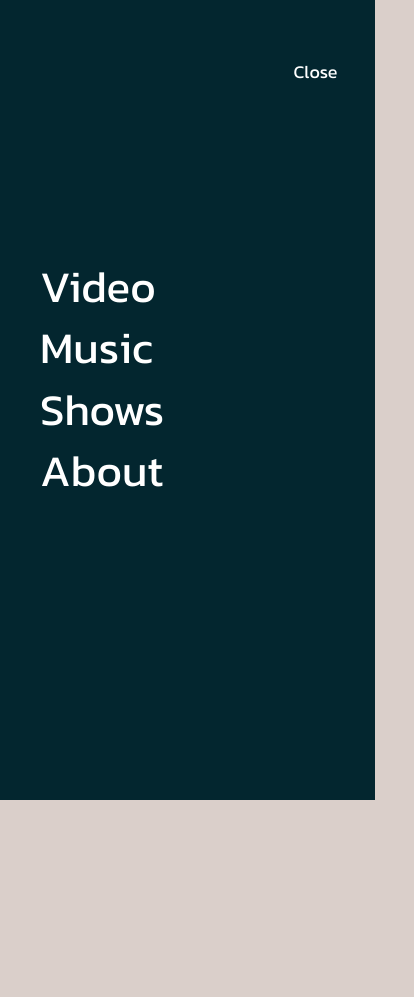
Repository: KrystellBarraza/SipperNYC
Page: home.html
These files come from the project's save history. The page is drawn as it stood at one moment and after the next save; the edit follows.
The browser window is 375 px wide. The page is 414 px wide, then 375 px, so the pictures cover 414 px, including what lies to the right of the window. The pictures show the whole page.
Some web libraries are served in a nearby version.

Above is the page before, as saved 2019-08-16 13:31:51.

After the next save:
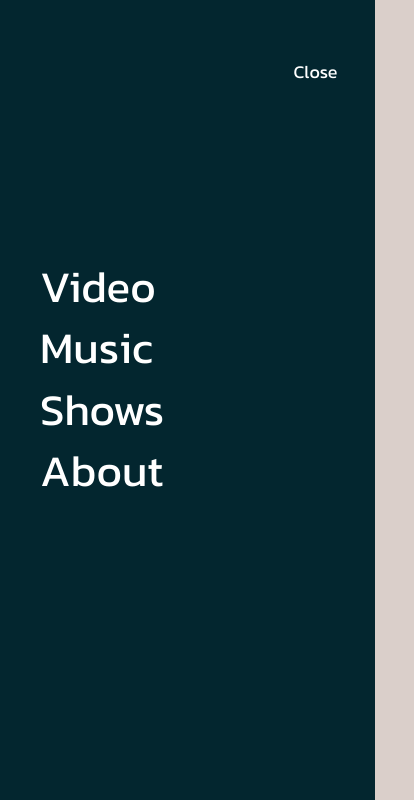
Saved 92 s later.
--- a/style.css
+++ b/style.css
@@ -185,13 +185,20 @@ nav > li {
 
 @media only screen and (max-width: 416px){
     .container-home {
-    grid-template-areas:
-    "h h h h h h h h h h h h"
-    "c c c c c c c c c c c c"
-    "c c c c c c c c c c c c"
-    "c c c c c c c c c c c c"
-    "f f f f f f f f f f f f";
-}
+        display: grid;
+        grid-template-columns: repeat(12, 1fr);
+        grid-template-rows: auto 2fr 1fr;
+        grid-gap: 5px;
+        grid-column-gap: 20px;
+        padding-left: 8%;
+        padding-right: 8%;
+        grid-template-areas:
+        "h h h h h h h h h h h h"
+        "c c c c c c c c c m m m"
+        "c c c c c c c c c m m m"
+        "c c c c c c c c c m m m"
+        "f f f f f f f f f f f f";
+    }
 }
 
 /* Album */
